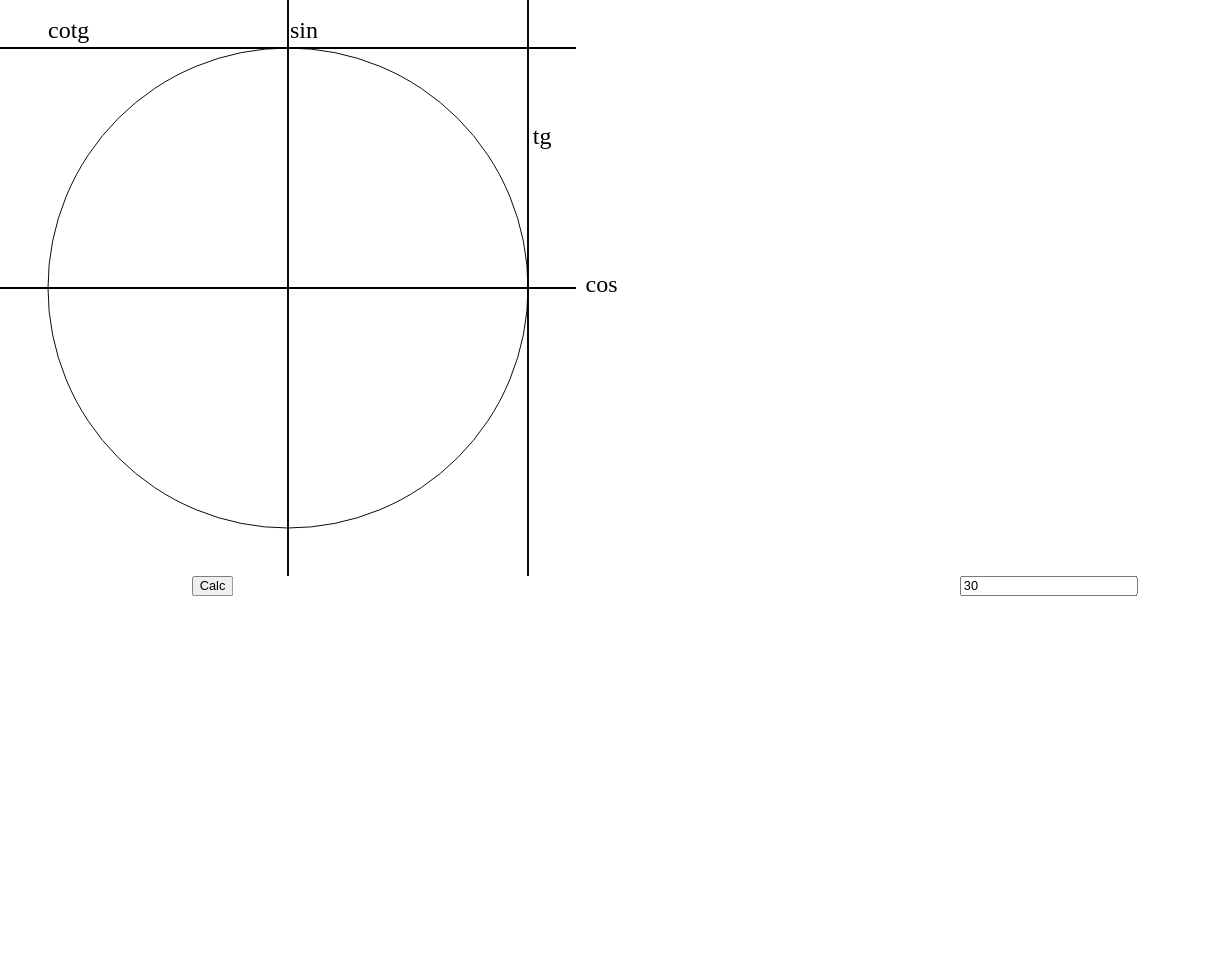
Repository: BraynStorm/braynstorm.github.io
Page: http://localhost/
These files come from the project's save history. The page is drawn as it stood at one moment and after the next save; the edit follows.
The browser window is 1280 px wide. The pictures show the whole page, at 96% of full size.
After loading, the first visible `#stupid` was clicked once.
The page is run by PHP 8.4 with error messages shown; the project is at /var/www/html/.

Above is the page before, as saved 2015-02-24 12:49:05.

### JSDrawing/index.php
<!DOCTYPE html>
<html>
	<head>
		<meta charset="UTF-8">
		<title>Insert title here</title>
		<link rel="stylesheet" type="text/css" href="main.css"/>
		<script type="text/javascript" src="js/jquery-2.1.3.min.js"></script>
		<script type="text/javascript" src="js/swgDrawing.js"></script>

	</head>
	<body>
		<div id="content">
			<svg width="1000" height="1000">
				<circle id="mainCircle" cx="300" cy="300" r="250" fill="none" stroke="black" />
				<line x1="300" y1="0" x2="300" y2="600" style="stroke:rgb(0,0,0);stroke-width:2;" id="sinLine" />
				<line x1="0" y1="300" x2="600" y2="300" style="stroke:rgb(0,0,0);stroke-width:2;" id="cosLine" />

				<line x1="550" y1="0" x2="550" y2="600" style="stroke:rgb(0,0,0);stroke-width:2;" id="tgLine" />
				<line x1="0" y1="50" x2="600" y2="50" style="stroke:rgb(0,0,0);stroke-width:2;" id="cotgLine" />

				<text x="610" y="304" style="font-size:25px;">cos</text>
				<text x="302" y="40" style="font-size:25px;">sin</text>
				<text x="555" y="150" style="font-size:25px;">tg</text>
				<text x="50" y="40" style="font-size:25px;">cotg</text>


				<!--  THE ANGLE -->

				<line id="angle" x1="300" y1="300" x2="0" y2="0" style="stroke:rgb(0,0,0);stroke-width:2;" />


			</svg>

			<input type="text" value="30" id="angleBox" />
			<input type="button" id="stupid" value="Calc"/>
		</div>
	</body>
</html>

### JSDrawing/main.css
@CHARSET "UTF-8";

body{
	background-color: #;
	padding: 0;
	margin: 0;
}

svg{
	margin-top: 0px;
}

#angleBox, #stupid{
	position: absolute;
	top: 600px;
}
#stupid{
	left : 200px;
}

### JSDrawing/js/swgDrawing.js
$(document).ready(function (){
	var box = $("#angleBox");

	var toAngle = parseInt(box.val());
	var angle = 0
	var radians = (Math.PI * 2) * (angle % 360) / 360 ;
	var radius = 250;
	var x = radius*2+50;
	var y = radius+50;

	$("#stupid").click(function (){
		while(angle != toAngle){
			var k = 0;
			if(angle-toAngle > 0){
				k = -1;
			}else{
				k = 1;
			}

			angle += k;


			document.getElementById("angle").setAttributeNS(null, "x2", x);
			document.getElementById("angle").setAttributeNS(null, "y2", y);
		}
	});

});

Loaded but not shown: JSDrawing/js/jquery-2.1.3.min.js (library)

After the next save:
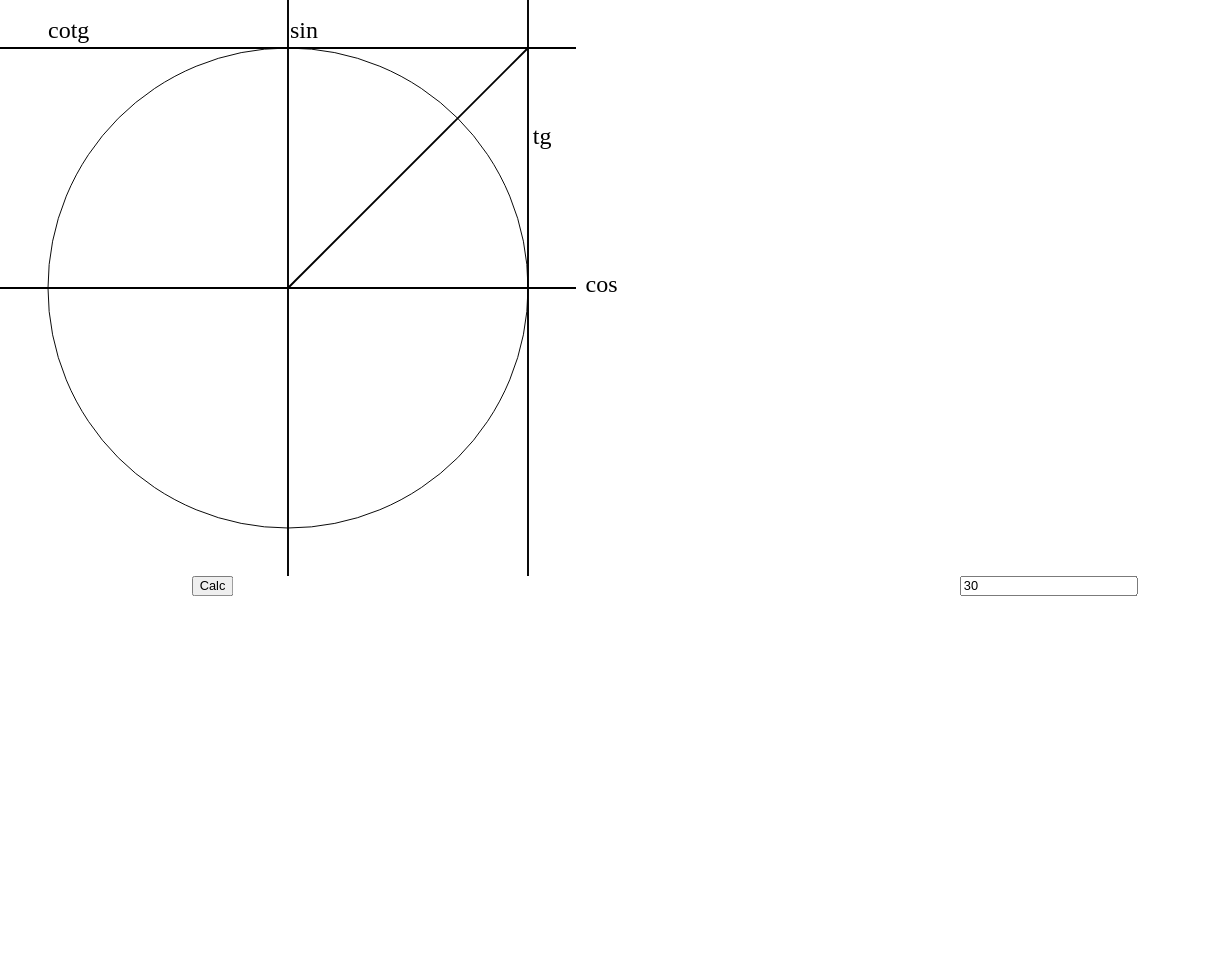
Saved 52 s later.
--- a/JSDrawing/js/swgDrawing.js
+++ b/JSDrawing/js/swgDrawing.js
@@ -18,6 +18,8 @@ $(document).ready(function (){
 			}
 
 			angle += k;
+			x = 300 + Math.cos(radians) * radius;
+			y = 50 + Math.sin(radians) * radius;
 
 
 			document.getElementById("angle").setAttributeNS(null, "x2", x);
